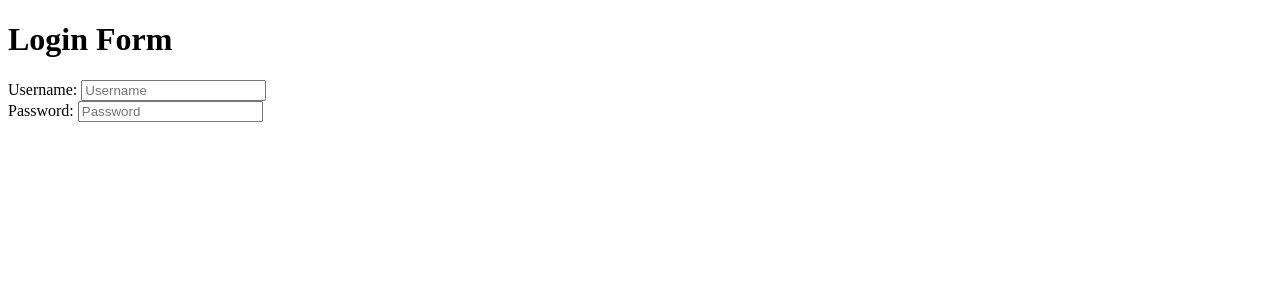
Repository: TGasco/SelfHostedCloud
Page: server/public/login.html
The author's editor kept a copy of each file at every save. The page is drawn from the files as they stood at one save, then again after the next save.
The browser window is 1280 px wide. The pictures show the whole page.

Above is the page before, as saved 2022-12-30 22:35:44.

### server/public/login.html
<!DOCTYPE html>
<html lang="en">
    <head>
        <meta charset="UTF-8">
        <meta name="viewport" content="width=device-width, initial-scale=1.0">
        <meta http-equiv="X-UA-Compatible" content="ie=edge">
        <title>Self Hosted Cloud--Login</title>
    </head>
    <body>
        <!-- Main static page elements here -->
        <div class="title">
            <h1>Login Form</h1>
        </div>

        <div class="login">
            <form action="/login" method="post">
                <div class="form-group">
                    <label for="username">Username:</label>
                    <input type="text" name="username" id="username" class="form-control" placeholder="Username">
                </div>
                <div class="form-group">
                    <label for="password">Password:</label>
                    <input type="password" name="password" id="password" class="form-control" placeholder="Password">
                </div>
        </div>
    </body>
</html>

After the next save:
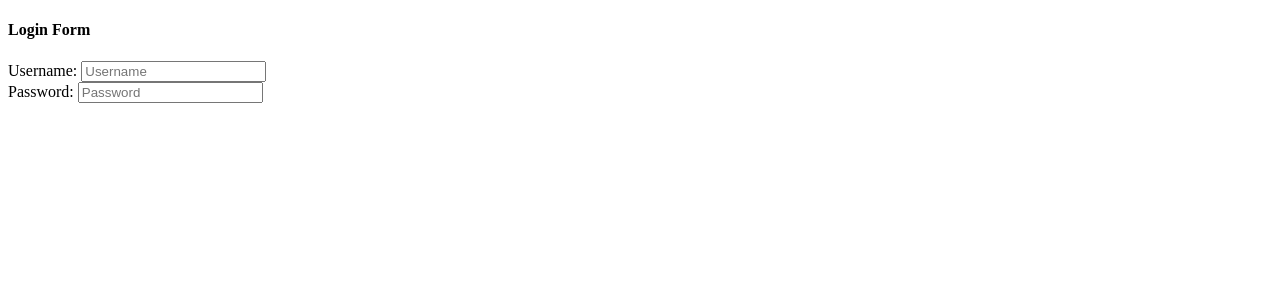
Saved 14 s later.
--- a/server/public/login.html
+++ b/server/public/login.html
@@ -9,7 +9,7 @@
     <body>
         <!-- Main static page elements here -->
         <div class="title">
-            <h1>Login Form</h1>
+            <h4>Login Form</h4>
         </div>
 
         <div class="login">
